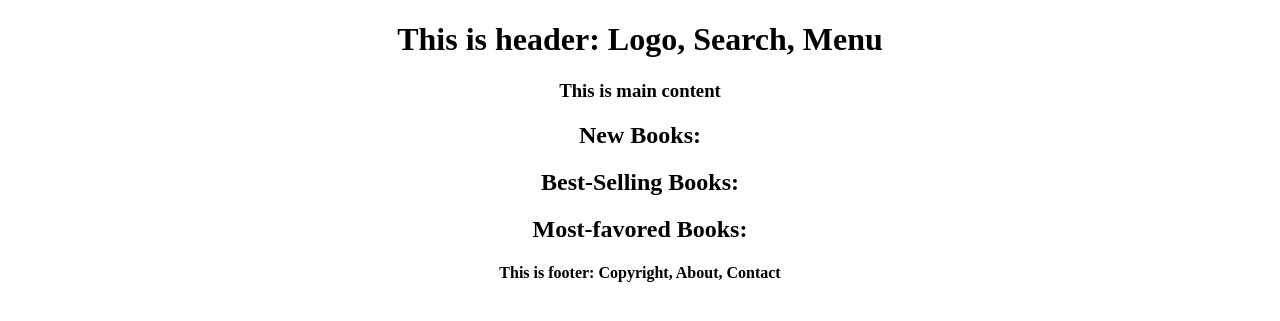
Repository: janvi2502/BookStore
Page: http://localhost/BookStoreWebsite/frontend/login.jsp
These files come from the project's save history. The page is drawn as it stood at one moment and after the next save; the edit follows.
The browser window is 1280 px wide. The pictures show the whole page.
The page is served by Tomcat 10.

Above is the page before, as saved 2023-10-18 13:42:19.

After the next save:
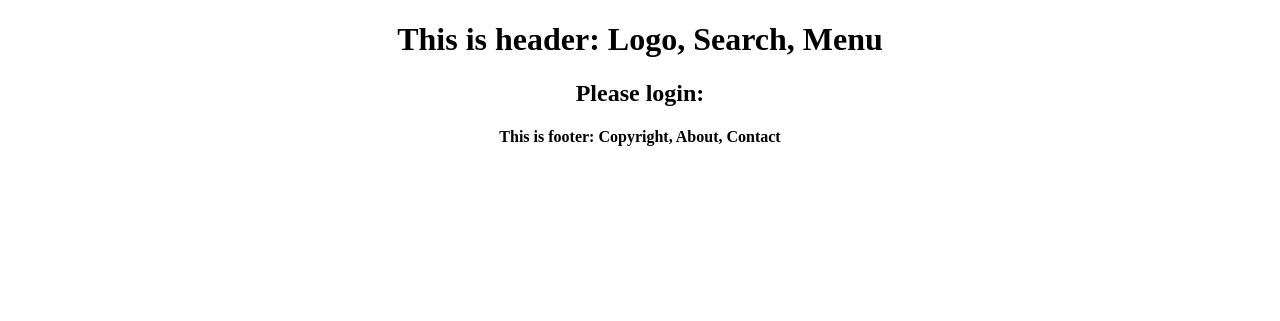
Saved 35 s later.
--- a/BookStoreWebsite/WebContent/frontend/login.jsp
+++ b/BookStoreWebsite/WebContent/frontend/login.jsp
@@ -12,10 +12,7 @@
 	</div>
 
 	<div align="center">
-		<h3>This is main content</h3>
-		<h2>New Books:</h2>
-		<h2>Best-Selling Books:</h2>
-		<h2>Most-favored Books:</h2>
+		<h2>Please login:</h2>
 	</div>
 
 	<div align="center">
